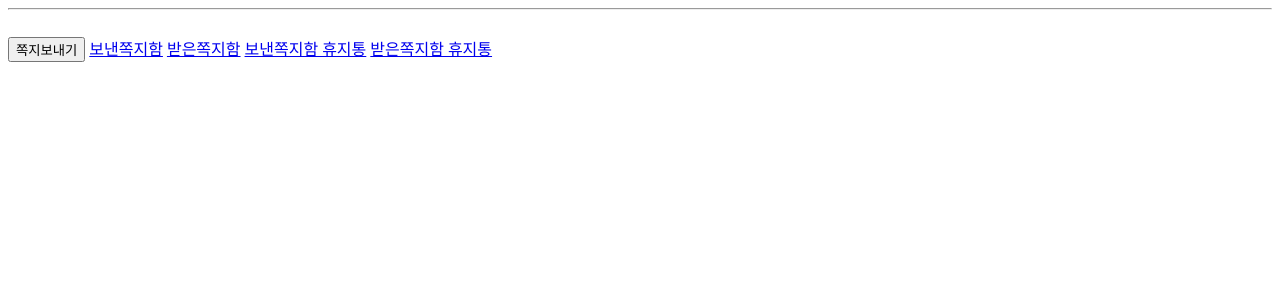
Repository: lss7612/kh_semi_workspace
Page: http://localhost/KH_semiProject/views/noteViews/buttons.jsp
An editor plug-in stored every save of this project. The page is shown before and after the next save, followed by the edit.
The browser window is 1280 px wide. The pictures show the whole page.
The page is served by Tomcat 9. Nobody is signed in. The application's start-up code is not run.

Above is the page before, as saved 2020-11-04 08:29:45.

After the next save:
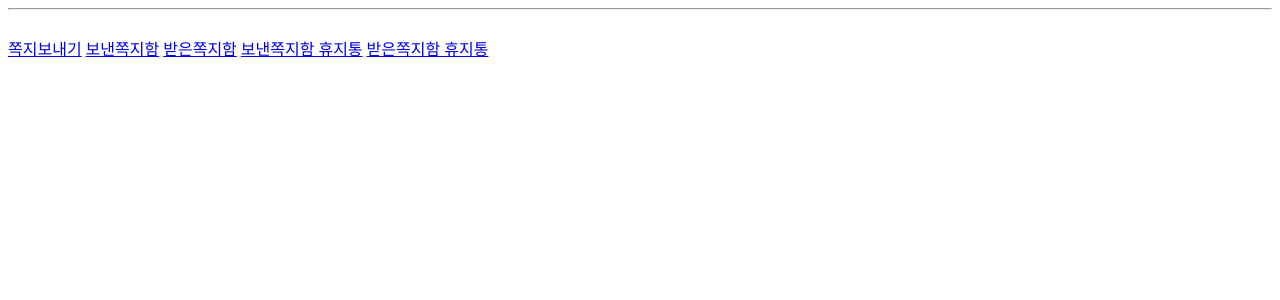
Saved 11 s later.
--- a/KH_semiProject/WebContent/views/noteViews/buttons.jsp
+++ b/KH_semiProject/WebContent/views/noteViews/buttons.jsp
@@ -2,9 +2,9 @@
     pageEncoding="UTF-8"%>
 
 <hr>
-<div class="">
+<div class="buttons">
 <br>
-<button class="btn-primary ">쪽지보내기</button>
+<span class="btn-primary "><a href="/note/send">쪽지보내기</a></span>
 <span><a href="/note/sent">보낸쪽지함</a></span>
 <span><a href="/note/received">받은쪽지함</a></span>
 <span><a href="/note/sendnotebin">보낸쪽지함 휴지통</a></span>
